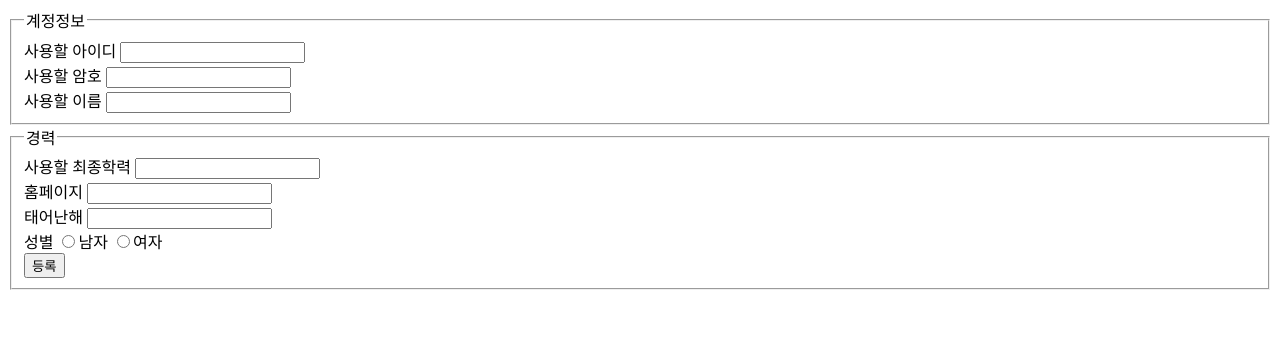
Repository: ybshim90/sesac1
Page: day_20211217_01_web/src/main/webapp/regist.html
An editor plug-in stored every save of this project. The page is shown before and after the next save, followed by the edit.
The browser window is 1280 px wide. The pictures show the whole page.

Above is the page before, as saved 2021-12-17 05:39:01.

After the next save:
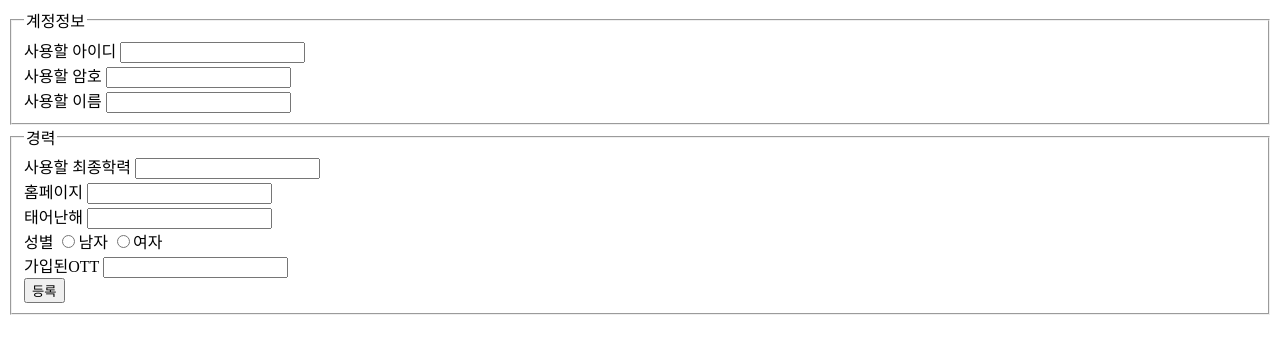
Saved 72 s later.
--- a/day_20211217_01_web/src/main/webapp/regist.html
+++ b/day_20211217_01_web/src/main/webapp/regist.html
@@ -40,6 +40,10 @@
 					<input type="radio" value="female" name="gender">여자
 				</label><br>
 
+				<label>가입된OTT
+					<input type="number" name="birthYear"><br>
+				</label>
+
 				<input type="submit" value="등록">
 			</fieldset>
 		</form>
